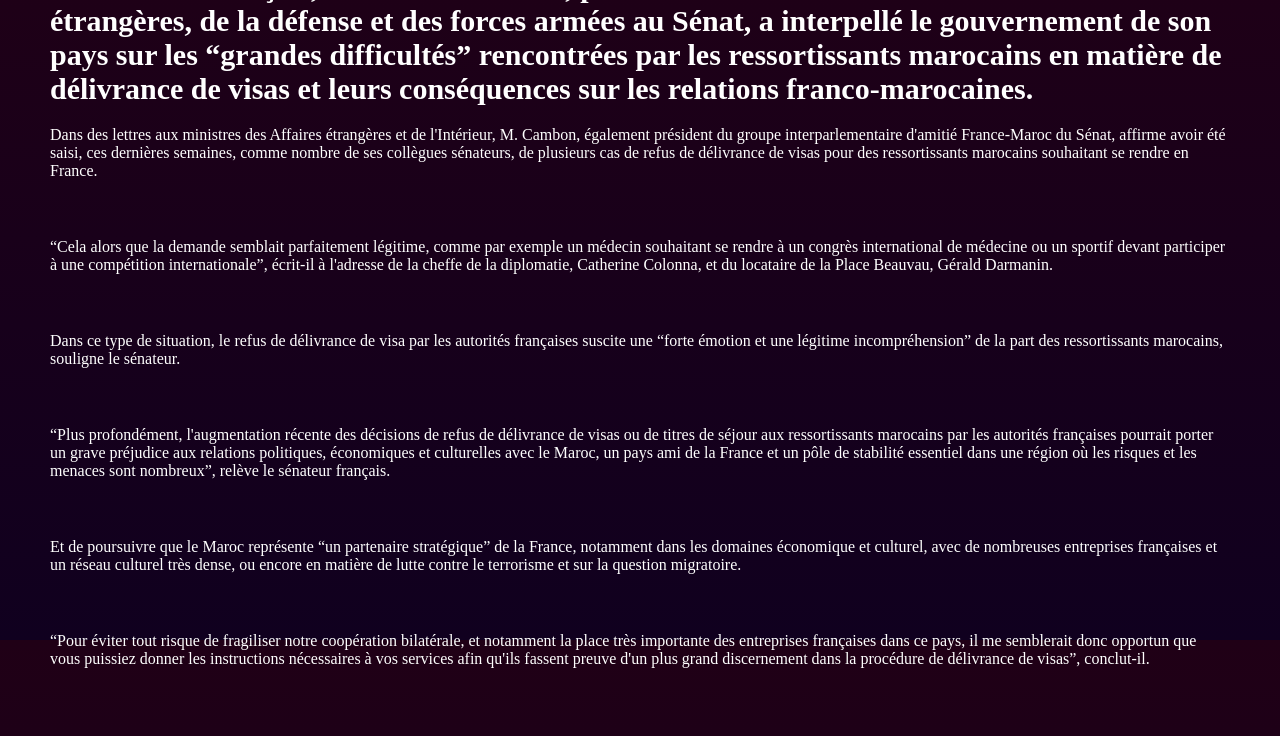
Repository: SD-Mdouka/site-n-b
Page: /
These files come from the project's save history. The page is drawn as it stood at one moment and after the next save; the edit follows.
The browser window is 1280 px wide. The pictures show the part of the page from y = 800 to 1536 px (the page is 1536 px tall before and 1498 px after).
The project was rebuilt for these pictures with package versions that can differ from the ones it lists, and the page was loaded fresh each time.

Above is the page before, as saved 2022-09-22 15:10:28.

After the next save:
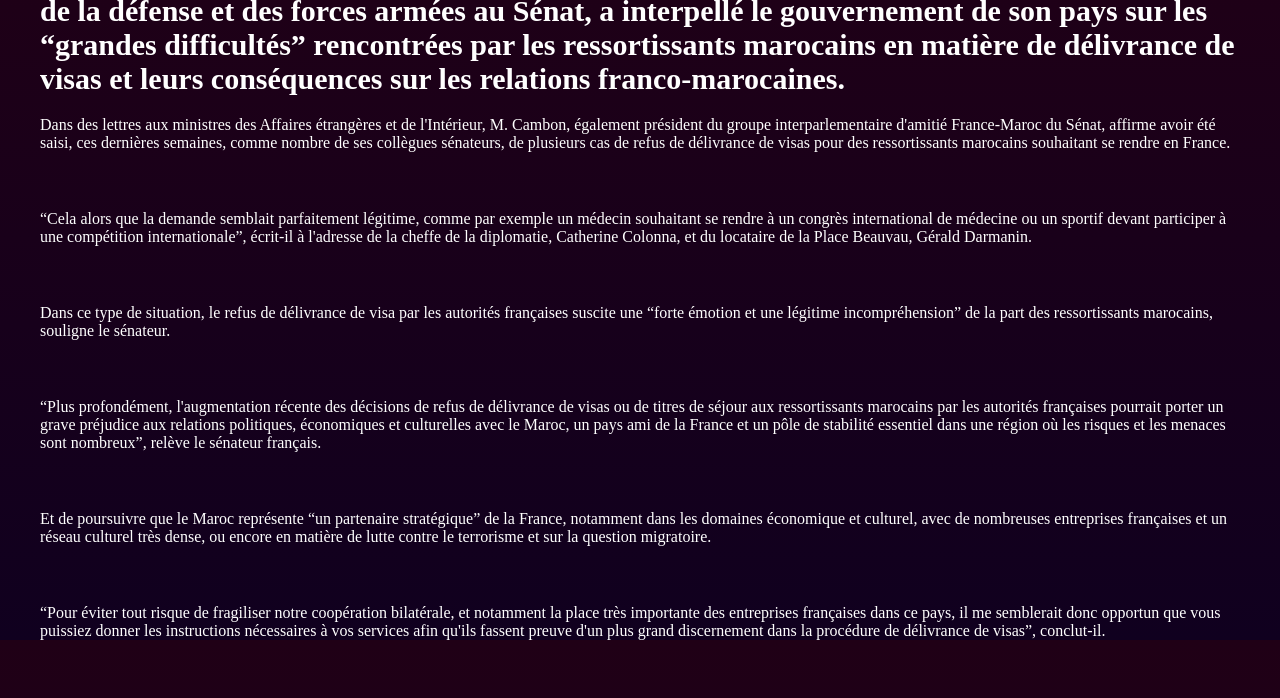
Saved 39 s later.
--- a/src/App.css
+++ b/src/App.css
@@ -82,7 +82,7 @@ header ul li a:hover,
 
 .content {
     color: #fff;
-    padding: 30px;
+    padding: 20px;
 }
 
 .content h2 {
